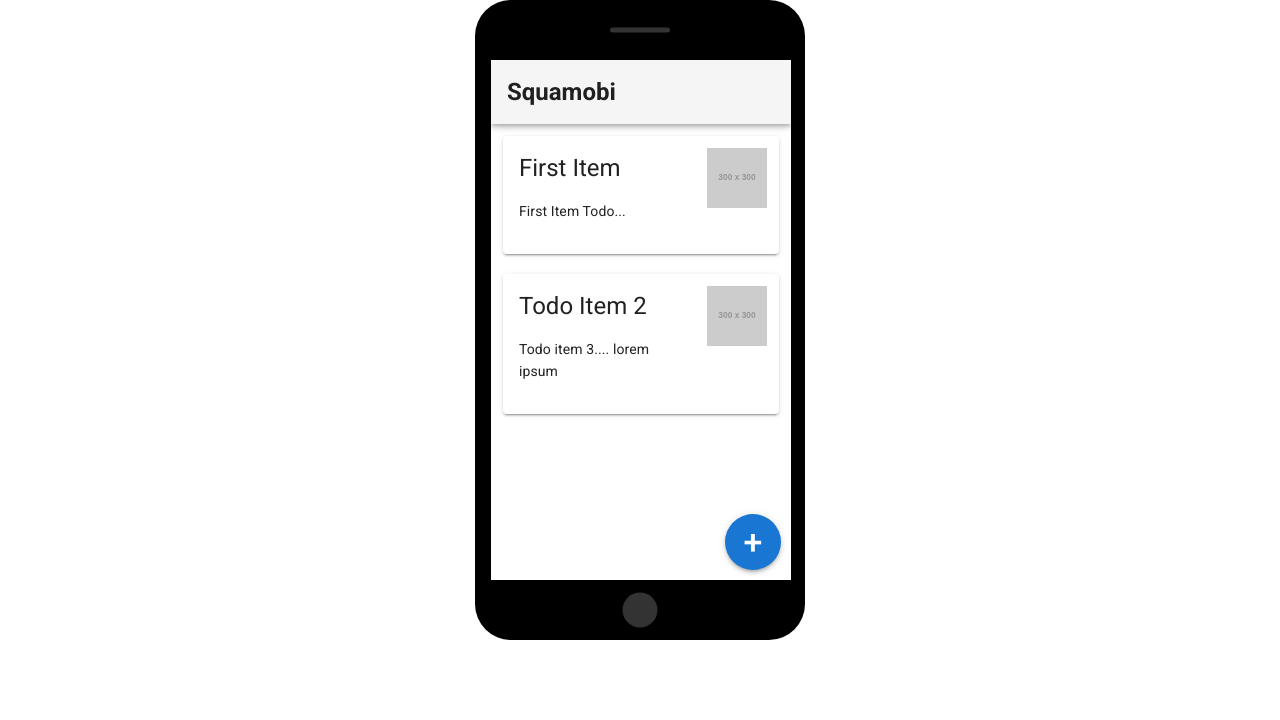
Repository: Keepnox/squamobi-interview
Page: /
The author's editor kept a copy of each file at every save. The page is drawn from the files as they stood at one save, then again after the next save.
The browser window is 1280 px wide. The pictures show the whole page.
The project was rebuilt for these pictures with package versions that can differ from the ones it lists, and the page was loaded fresh each time. Also part of the build but not shown: vue.config.js. Imported but missing from the stored project, and not drawn on this page: src/views/About.vue.

Above is the page before, as saved 2022-01-16 00:04:16.

### src/App.vue
<template>
  <smartphone>
    <v-app>
    <v-main>
        <v-app-bar >
          <h2>Squamobi</h2>
        </v-app-bar>

      <!-- Provides the application the proper gutter -->
      <v-container fluid>

        <!-- If using vue-router -->
        <router-view></router-view>
      </v-container>
    </v-main>

  </v-app>
  </smartphone>

</template>

<script>
import Smartphone from './components/Smartphone.vue';

export default {
  name: 'App',

  components: {
    Smartphone,
  },

  data: () => ({
    //
  }),
};
</script>

### src/components/Smartphone.vue
<template>
  <div class="smartphone">
    <div class="content">
      <slot> </slot>
    </div>
  </div>
</template>

<style scoped>

.smartphone {
  position: relative;
  width: 330px;
  height: 640px;
  margin: auto;
  border: 16px black solid;
  border-top-width: 60px;
  border-bottom-width: 60px;
  border-radius: 36px;
}

/* The horizontal line on the top of the device */
.smartphone:before {
  content: '';
  display: block;
  width: 60px;
  height: 5px;
  position: absolute;
  top: -30px;
  left: 50%;
  transform: translate(-50%, -50%);
  background: #333;
  border-radius: 10px;
}

/* The circle on the bottom of the device */
.smartphone:after {
  content: '';
  display: block;
  width: 35px;
  height: 35px;
  position: absolute;
  left: 50%;
  bottom: -65px;
  transform: translate(-50%, -50%);
  background: #333;
  border-radius: 50%;
}

/* The screen (or content) of the device */
.smartphone .content {
  width: 300px;
  height: 520px;
  background: white;
}

.content > * {
  min-height: 100%;
  height: 100%;
}
</style>

### src/views/Home.vue
<template>
  <div id="listOuter">
    <TodoItem
      v-for="(t, index) in todoData"
      :key="index"
      :title="t.title"
      :desc="t.description"
      :image="t.image"
    ></TodoItem>

    <v-btn
          class="add-button"
          color="primary"
          elevation="3"
          fab
          v-on:click="dialog = !dialog"
        ><span style="font-size:34px;">+</span></v-btn>
        <v-card class="popup" v-if="dialog">
          <div class="popup-title">Add Todo</div>
          <v-text-field
            label="Title"
            hide-details="auto"
            v-model="title"
          ></v-text-field>
          <v-text-field
            label="Description"
            hide-details="auto"
            v-model="description"
          ></v-text-field>
          <v-text-field
            label="Image Url"
            hide-details="auto"
            v-model="image"
          ></v-text-field>
          <v-btn class="add" v-on:click="addTodo">
            Add
          </v-btn>
        </v-card>
  </div>
</template>

<script>

import TodoItem from '@/components/TodoItem.vue'

export default {
  name: 'Home',
  components: {TodoItem},
  data () {
    return {
      todoData: [],
      dialog: false,
      image: "",
      description: "",
      title: ""
    }
  },
  watch: {
    dialog(val) {
      if(val) {
        document.getElementsByTagName('body')[0].classList.add('popup-active')
      } else {
        document.getElementsByTagName('body')[0].classList.remove('popup-active')
      }
    }
  },
  mounted () {
    this.todoData = JSON.parse(localStorage.getItem('todo'))
  },
  created() {
    let defaultData = JSON.parse(localStorage.getItem('todo')) || [
        {
          title: "First Item",
          description: 'First Item Todo...',
          image: "https://unsplash.it/640/425?random"
        },
        {
          title: "Todo Item 2",
          description: 'Todo item 3.... lorem ipsum',
          image: "https://unsplash.it/640/425?random"
        }
      ]
    localStorage.setItem('todo', JSON.stringify(defaultData))
  },
  methods: {
    addTodo() {
      this.todoData.push(
        {
          title: this.title,
          description: this.description,
          image: this.image
        }
      );
      localStorage.setItem('todo', JSON.stringify(this.todoData));
      this.dialog = false;
    }
  }
}
</script>

<style >
.v-application--wrap {
  height: 100%;
  min-height: 100%;
  overflow: hidden;
  overflow-y: scroll;
}
.list-outer {
  position: relative;
  height: 100%;
  width: 100%;
}
.add-button {
  position: absolute;
  right: 10px;
  bottom: 10px;
}
.popup {
  position: absolute;
  padding: 15px;
  /* height: 150px; */
  width: 90%;
  top: 50%;
  transform: translateY(-50%);
}
.popup .add {
  margin-top: 20px;
  float: right;
}
.popup .popup-title {
  font-weight: 900;
}
</style>

### src/components/TodoItem.vue
<template>
    <v-card class="mb-5">
      <div class="d-flex flex-no-wrap justify-space-between">
        <div>
          <v-card-title class="text-h5" v-text="title"></v-card-title>

          <v-card-text > {{desc}} </v-card-text>
          <v-card-actions>
          </v-card-actions>
        </div>

        <v-avatar
          class="ma-3"
          size="60"
          tile
        >
          <v-img src="http://placehold.it/300"></v-img>
        </v-avatar>
      </div>
    </v-card>
</template>
<script>
export default {
  props: ["desc", "title", "image"],
  mounted() {
    console.log(this.items)
  }
}
</script>

Loaded but not shown: public/index.html (common file); src/main.js (common file); src/plugins/vuetify.js (common file); src/router/index.js (common file)

After the next save:
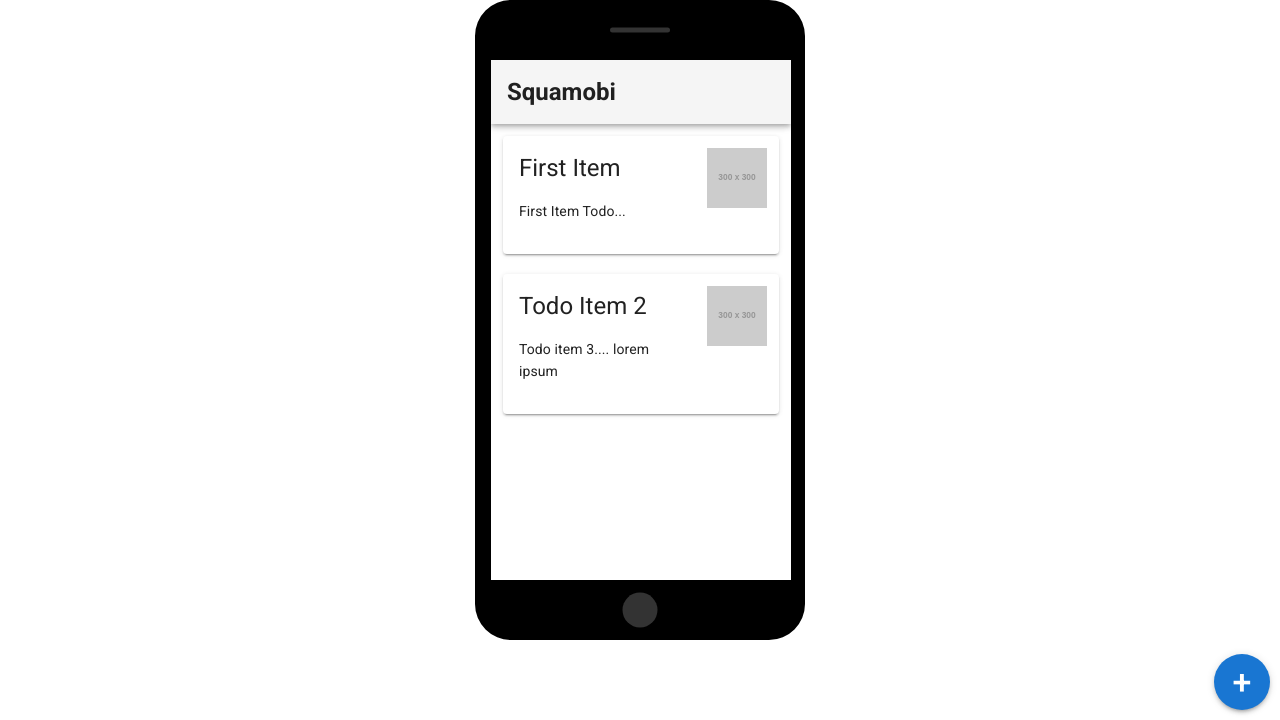
Saved 42 min 22 s later.
--- a/src/views/Home.vue
+++ b/src/views/Home.vue
@@ -111,7 +111,7 @@
   width: 100%;
 }
 .add-button {
-  position: absolute;
+  position: fixed;
   right: 10px;
   bottom: 10px;
 }

After the save that followed:
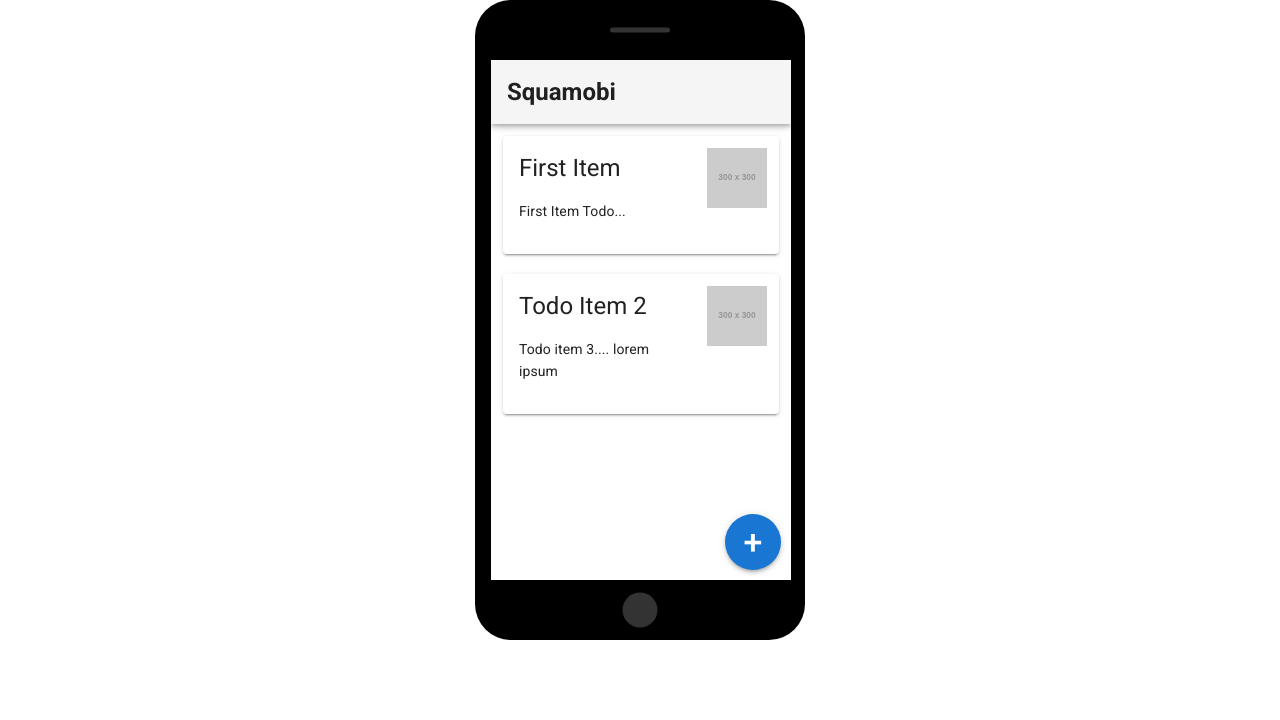
Saved 3 min 46 s later.
--- a/src/views/Home.vue
+++ b/src/views/Home.vue
@@ -111,7 +111,7 @@
   width: 100%;
 }
 .add-button {
-  position: fixed;
+  position: absolute;
   right: 10px;
   bottom: 10px;
 }
